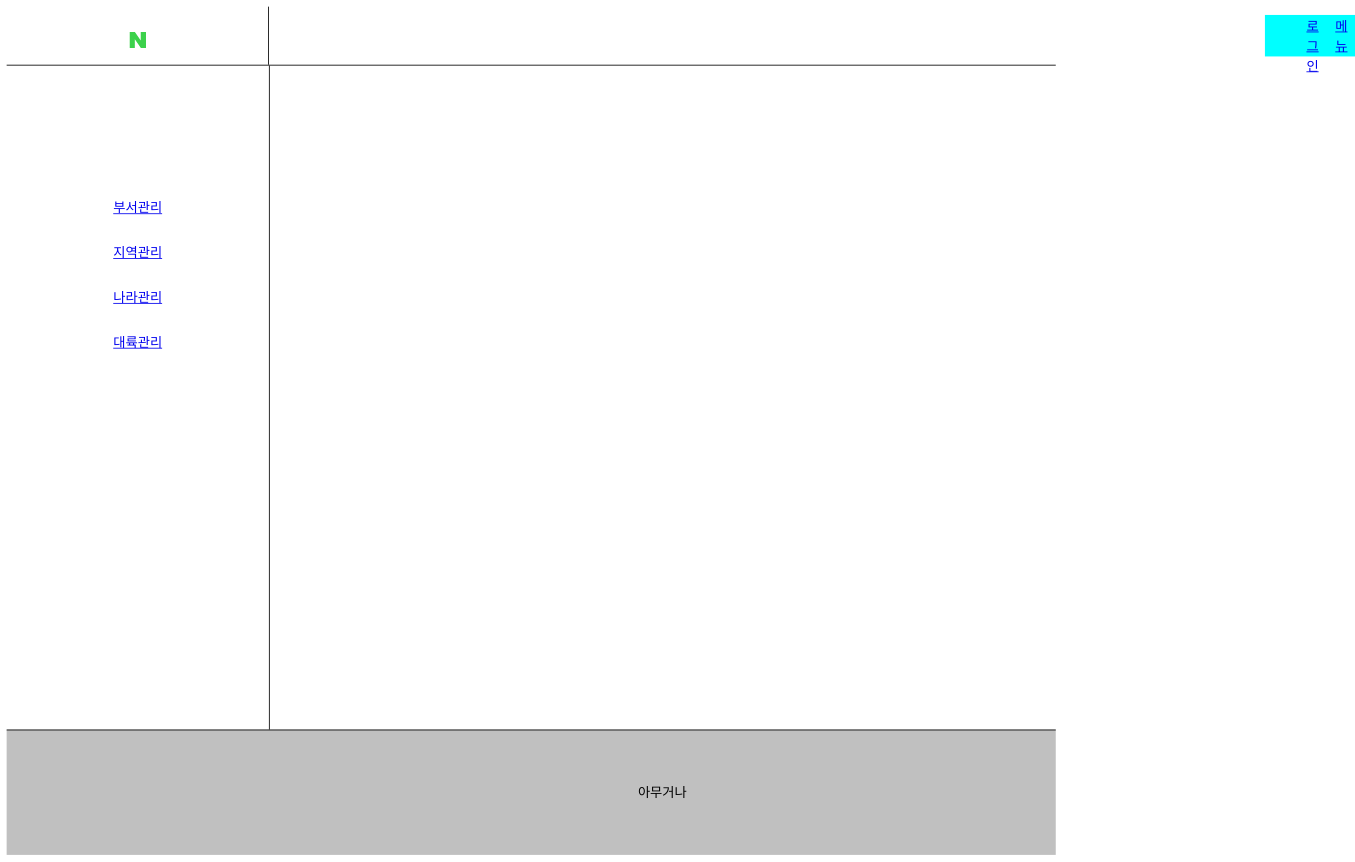
Repository: mireu930/Serverlet_App
Page: src/build/classes/webapp/template/layout.html
These files come from the project's save history. The page is drawn as it stood at one moment and after the next save; the edit follows.
The browser window is 1280 px wide. The page is 1633 px wide, so the pictures cover 1633 px, including what lies to the right of the window. The pictures show the whole page, at 83% of full size.

Above is the page before, as saved 2025-02-07 13:42:18.

### src/build/classes/webapp/template/layout.html
<!DOCTYPE html>
<html lang="en">
<head>
  <meta charset="UTF-8">
  <meta name="viewport" content="width=device-width, initial-scale=1.0">
  <title>Document</title>
  <style>
    header {
  width: 100%;
  height: 70px;
  /* background-color: gray; */
  border-bottom: 1px solid black;
}

.wrap_left{
  display: flex;
}

.left {
  width: 25%;
  height: 100%;

}

.right {
  width: 75%;
  height: 100%;
}

.logo {
  /* background-color:aqua; */
  box-sizing: border-box;
  /* padding: 20px 60px; */
  /* border-right:1px solid black; */
}

.logo img {
  display: block;
  margin: 30px auto;
}

.menu {
  display: flex;
  justify-content: space-between;
}

.menu ul {
  display: flex;
  justify-content: space-evenly;
  list-style: none;
  background-color:aqua;
  margin: 10px 0 10px 1200px;
}

.menu li {
  margin: 0 10px;
}

.content {
  width: 100%;
  min-height: 800px;
  /* background-color: red; */
}

.content_left {
  /* background-color:yellow; */
  /* padding: auto 0; */
  /* border-top: 1px solid black; */
  /* border-right: 1px solid black; */
}

.content_left ul {
  list-style: none;
  margin: 50% 0;
  padding: 0;
}

.content_left ul li {
  margin: 30px 0;
  display: block;
  text-align: center;
}

.content_right, .menu {
  /* background-color:blue; */
  border-left: 1px solid black;
}

.content_right {
  min-height: 800px;
}

footer {
  width: 100%;
  height: 150px;
  background-color: silver;
  border-top: 1px solid black;
}

.footer_right {
  text-align: center;
  line-height: 150px;
}
  </style>
</head>
<body>
  <header class = "wrap_left">
    <div class = "left logo" >
      <img src = "/naver_sports/images/네이버.svg">
    </div>
    <div class = "right menu">
      <ul>
        <li><a href = "#">로그인</a></li>
        <li><a href = "#">메뉴</a></li>
      </ul>
    </div>
  </header>
  <section class = "wrap_left content">
    <nav class = "left content_left">
      <ul>
        <li><a href="#">부서관리</a></li>
        <li><a href="#">지역관리</a></li>
        <li><a href="#">나라관리</a></li>
        <li><a href="#">대륙관리</a></li>
      </ul>
    </nav>
    <nav class = " right content_right">

    </nav>
  </section>
  <footer class = "wrap_left">
    <aside class = "left footer_left">

    </aside>
    <aside class = "right footer_right">
      아무거나
    </aside>
  </footer>

</body>
</html>

After the next save:
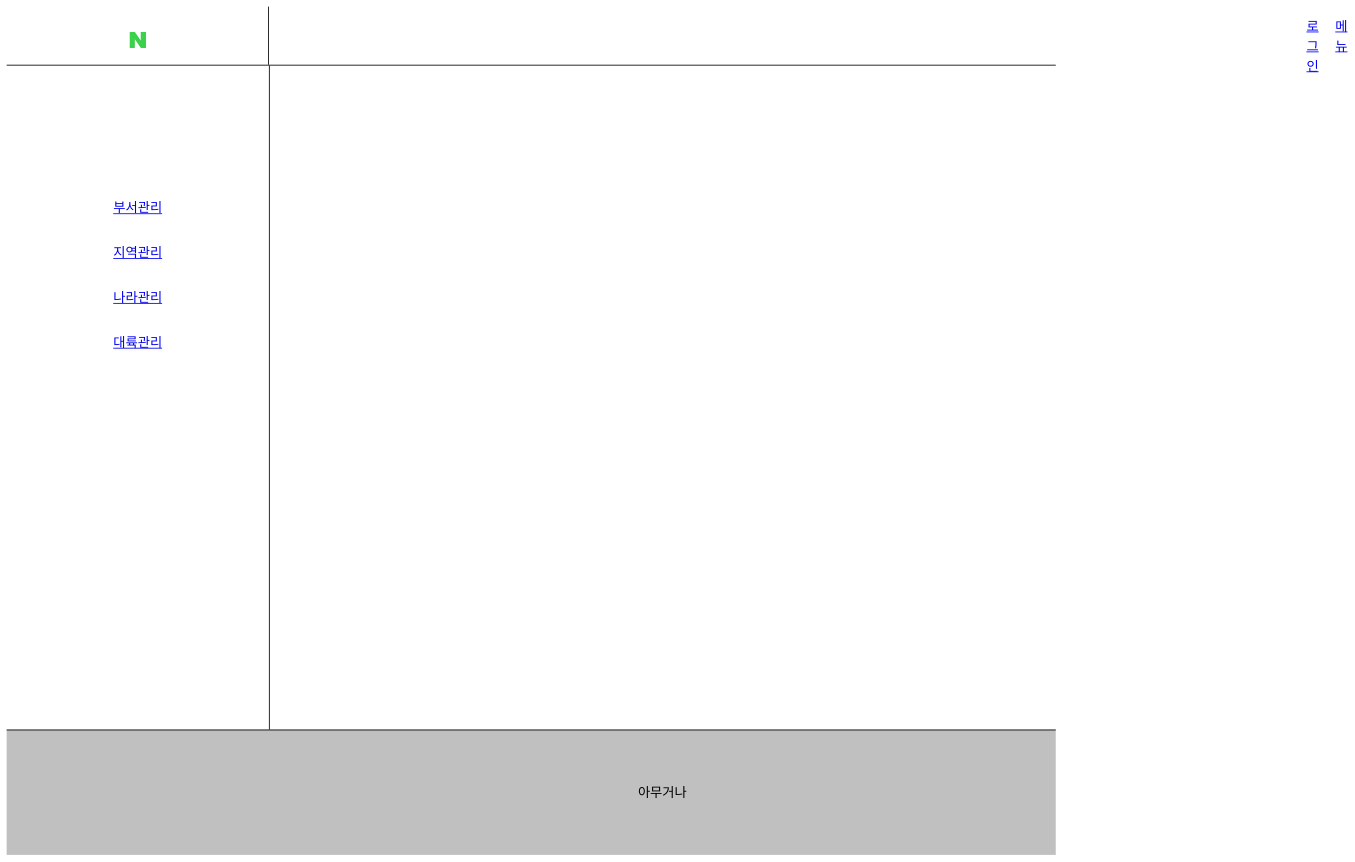
Saved 9 s later.
--- a/src/build/classes/webapp/template/layout.html
+++ b/src/build/classes/webapp/template/layout.html
@@ -48,7 +48,7 @@
   display: flex;
   justify-content: space-evenly;
   list-style: none;
-  background-color:aqua;
+  /* background-color:aqua; */
   margin: 10px 0 10px 1200px;
 }
 
